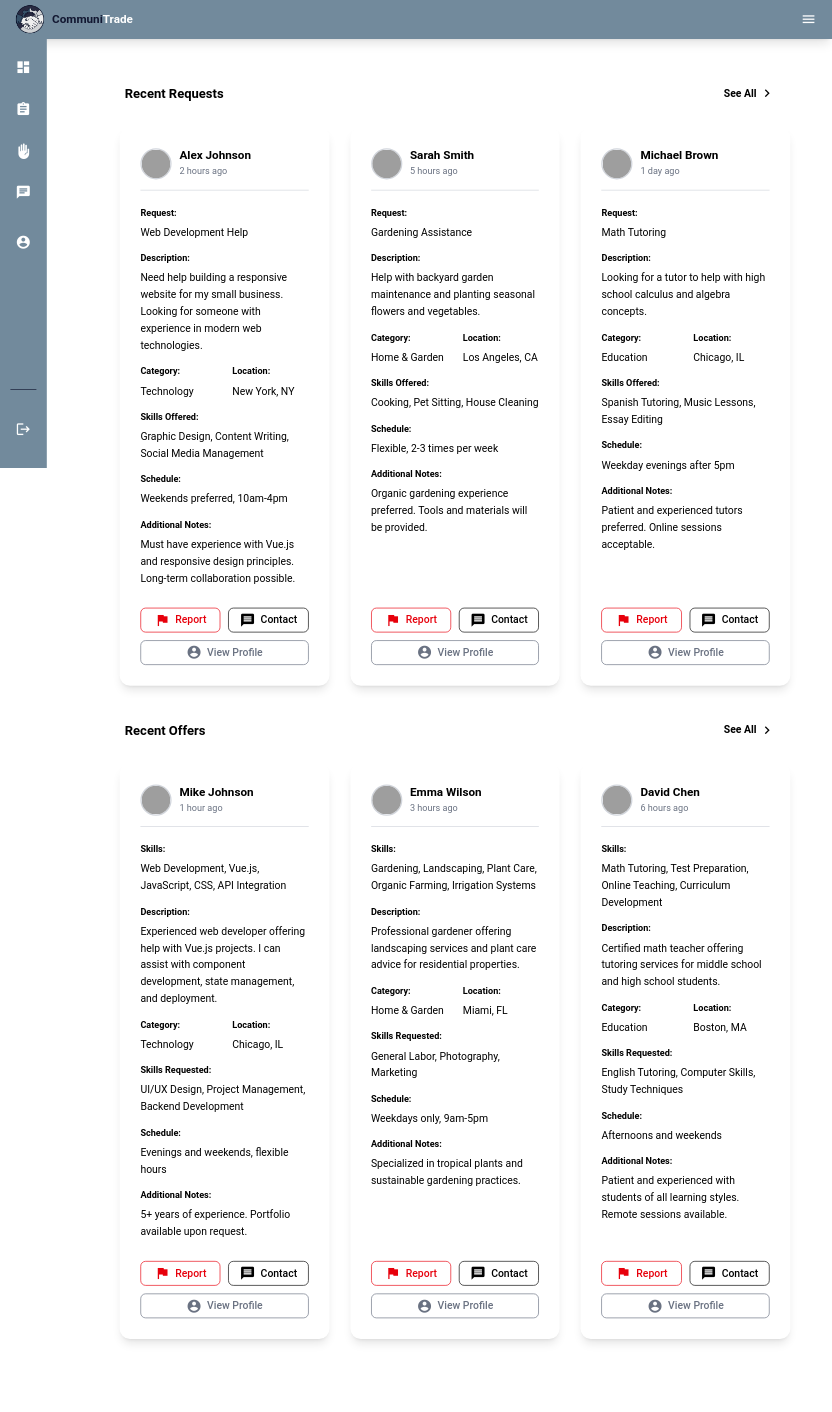
Repository: wholaanmo/communitrade_app
Page: /user/dashboard
The author's editor kept a copy of each file at every save. The page is drawn from the files as they stood at one save, then again after the next save.
The browser window is 1280 px wide. The pictures show the whole page, at 65% of full size.
Pictures or frames that could not be fetched are drawn as grey boxes. The project was rebuilt for these pictures with package versions that can differ from the ones it lists, and the page was loaded fresh each time. Some packages were replaced by stand-ins written for this rebuild. The framework's server and built-in components were replaced by stand-ins that run in the browser. Also part of the build but not shown: next.config.mjs.

Above is the page before, as saved 2025-10-29 18:57:47.

### app/layout.js
import './globals.css';

export const metadata = {
  title: 'CommuniTrade - Community-Based Trading',
  description: 'Your platform for community-based trading and sharing of skills and services without using money.',
}

export default function RootLayout({ children }) {
  return (
    <html lang="en">
      <head>
        <link href="https://fonts.googleapis.com/css2?family=Poppins:wght@300;400;500;600;700&display=swap" rel="stylesheet" />
        <link href="https://cdnjs.cloudflare.com/ajax/libs/font-awesome/6.0.0/css/all.min.css" rel="stylesheet" />
        <link href="https://fonts.googleapis.com/icon?family=Material+Icons" rel="stylesheet" />

      </head>
      <body>{children}</body>
    </html>
  )
}

### app/user/layout.js
'use client'

import { useState } from 'react'
import UserNavbar from '@/components/user/UserNavbar'
import UserSidebar from '@/components/user/UserSidebar'

export default function UserLayout({ children }) {
  const [sidebarOpen, setSidebarOpen] = useState(false)

  const toggleSidebar = () => {
    setSidebarOpen(!sidebarOpen)
  }

  return (
    <div className="user-layout min-h-screen">
      <UserNavbar toggleSidebar={toggleSidebar} />
      <div className="layout-body flex min-h-[calc(100vh-60px)] mt-[60px]">
        <UserSidebar isOpen={sidebarOpen} onToggle={setSidebarOpen} />
        <main className={`user-content flex-1 transition-all duration-500 ease-out p-8 ${
          sidebarOpen ? 'ml-[var(--sidebar-width)]' : 'ml-[calc(3.5rem+32px)]'
        }`}>
          {children}
        </main>
      </div>

      <style jsx global>{`
        :root {
          --sidebar-width: 220px; /* reduced from 280px */
        }
      `}</style>

      <style jsx>{`
        @media (max-width: 768px) {
          .user-content {
            margin-left: 0 !important;
            padding: 1rem;
          }
        }
      `}</style>
    </div>
  )
}

### app/globals.css
@import "tailwindcss";


:root {
  --primary: #121731;
  --grey: #728a9c;
  --light: #ffffff;
  --dark-alt: #555555;
}

* {
  scrollbar-width: thin;
  scrollbar-color: #728a9c #f0f0f0;
  font-family: "Roboto", sans-serif;
}

### components/user/UserNavbar.js
'use client'

export default function Navbar({ toggleSidebar }) {
  return (
    <nav className="navbar fixed top-0 left-0 right-0 h-15 bg-[#728a9c] text-white z-50 shadow-lg">
      <div className="navbar-content flex items-center justify-between h-full px-4">
        <div className="navbar-left flex items-center">
          <div className="logo-container flex items-center gap-2">
            <img
              src="../assets/CommuniTrade.png"
              alt="CommuniTrade Logo"
              className="logo-img w-13 h-13 object-contain ml-1"
            />
            <p className="logo-text font-bold text-lg text-[#121731]">
              Communi
              <span className="logo-text1 font-bold text-lg text-white">Trade</span>
            </p>
          </div>
        </div>

        <div className="navbar-right flex items-center">
          <button
            className="hamburger-btn flex items-center justify-center w-10 h-10 rounded-full transition-all duration-300 ease-in-out text-white"
            onClick={toggleSidebar}
          >
            <span className="material-icons">menu</span>
          </button>
        </div>
      </div>

      {/* Replaced style jsx → style, no design changes */}
      <style>
        {`
          .hamburger-btn:hover {
            color: #121731;
            transform: rotate(180deg);
          }

          @media (max-width: 480px) {
            .logo-text {
              font-size: 1rem;
            }

            .logo-img {
              width: 35px;
              height: 35px;
            }
          }

          @media (max-width: 360px) {
            .logo-text {
              font-size: 0.9rem;
            }
          }
        `}
      </style>
    </nav>
  )
}

### components/user/UserSidebar.jsx
'use client'

import { useState, useEffect } from 'react'
import Link from 'next/link'
import { useRouter } from 'next/navigation'

export default function Sidebar({ isOpen, onToggle }) {
  const [is_expanded, setIsExpanded] = useState(false)
  const router = useRouter()

  useEffect(() => {
    setIsExpanded(isOpen)
  }, [isOpen])

  const handleSignOut = () => {
    console.log('Sign out clicked')
  }

  return (
    <aside className={`
      flex flex-col items-center font-['Inter']
      min-h-[calc(100vh-60px)] overflow-hidden p-4
      bg-[#728a9c] text-[#121731] transition-all duration-500 ease-out
      fixed left-0 top-[60px] z-50
      ${is_expanded ? 'w-[230px] items-start' : 'w-[calc(2.5rem+32px)] items-center'}
    `}>
      {/* Menu Items */}
      <div className={`
        menu w-full m-0 flex flex-col flex-1
        ${is_expanded ? 'items-stretch' : 'items-center'}
      `}>
        <Link href="/user/dashboard" className={`
          group button flex items-center no-underline p-4
          transition-all duration-200 ease-out rounded-lg mb-2
          hover:bg-white
          ${is_expanded ? 'justify-start' : 'justify-center w-full'}
        `}>
          <span className="material-icons text-2xl text-white transition-all duration-200 ease-out min-w-8 text-center group-hover:text-[#728a9c]">dashboard</span>
          <span className={`
            text-white transition-all duration-200 ease-out
            group-hover:text-[#728a9c]
            ${is_expanded ? 'opacity-100 w-auto pl-4' : 'opacity-0 w-0 overflow-hidden'}
          `}>Dashboard</span>
        </Link>

        <Link href="/user/request" className={`
          group button flex items-center no-underline p-4
          transition-all duration-200 ease-out rounded-lg mb-2
          hover:bg-white
          ${is_expanded ? 'justify-start' : 'justify-center w-full'}
        `}>
          <span className="material-icons text-2xl text-white transition-all duration-200 ease-out min-w-8 text-center group-hover:text-[#728a9c]">assignment</span>
          <span className={`
            text-white transition-all duration-200 ease-out
            group-hover:text-[#728a9c]
            ${is_expanded ? 'opacity-100 w-auto pl-4' : 'opacity-0 w-0 overflow-hidden'}
          `}>Requests</span>
        </Link>

        <Link href="/user/offer" className={`
          group button flex items-center no-underline p-4
          transition-all duration-200 ease-out rounded-lg mb-2
          hover:bg-white
          ${is_expanded ? 'justify-start' : 'justify-center w-full'}
        `}>
          <span className="material-icons text-2xl text-white transition-all duration-200 ease-out min-w-8 text-center group-hover:text-[#728a9c]">front_hand</span>
          <span className={`
            text-white transition-all duration-200 ease-out
            group-hover:text-[#728a9c]
            ${is_expanded ? 'opacity-100 w-auto pl-4' : 'opacity-0 w-0 overflow-hidden'}
          `}>Offers</span>
        </Link>

        <Link href="/user/message" className={`
          group button flex items-center no-underline p-4
          transition-all duration-200 ease-out rounded-lg mb-2
          hover:bg-white
          ${is_expanded ? 'justify-start' : 'justify-center w-full'}
        `}>
          <span className="material-icons text-2xl text-white transition-all duration-200 ease-out min-w-8 text-center group-hover:text-[#728a9c]">chat</span>
          <span className={`
            text-white transition-all duration-200 ease-out
            group-hover:text-[#728a9c]
            ${is_expanded ? 'opacity-100 w-auto pl-4' : 'opacity-0 w-0 overflow-hidden'}
          `}>Messages</span>
        </Link>

        <Link href="/user/account" className={`
          group button flex items-center no-underline p-4
          transition-all duration-200 ease-out rounded-lg mb-2
          hover:bg-white
          ${is_expanded ? 'justify-start' : 'justify-center w-full'}
        `}>
          <span className="material-icons text-2xl text-white transition-all duration-200 ease-out min-w-8 text-center group-hover:text-[#728a9c]">account_circle</span>
          <span className={`
            text-white transition-all duration-200 ease-out
            group-hover:text-[#728a9c]
            ${is_expanded ? 'opacity-100 w-auto pl-4' : 'opacity-0 w-0 overflow-hidden'}
          `}>My Account</span>
        </Link>
      </div>

      {/* Sign Out Button */}
      <div className="menu-bottom flex justify-center w-full mt-auto pt-4 border-t border-[#121731]">
        <button onClick={handleSignOut} className={`
          group sign-out flex items-center no-underline p-4
          transition-all duration-200 ease-out rounded-lg
          hover:bg-white bg-none border-none cursor-pointer
          ${is_expanded ? 'justify-start w-full' : 'justify-center w-full'}
        `}>
          <span className="material-icons text-2xl text-white transition-all duration-200 ease-out min-w-8 text-center group-hover:text-[#728a9c]">logout</span>
          <span className={`
            text-white transition-all duration-200 ease-out text-lg
            group-hover:text-[#728a9c]
            ${is_expanded ? 'opacity-100 w-auto pl-4' : 'opacity-0 w-0 overflow-hidden'}
          `}>Sign Out</span>
        </button>
      </div>
    </aside>
  )
}

Loaded but not shown: app/user/dashboard/page.js (787 lines, source omitted)

After the next save:
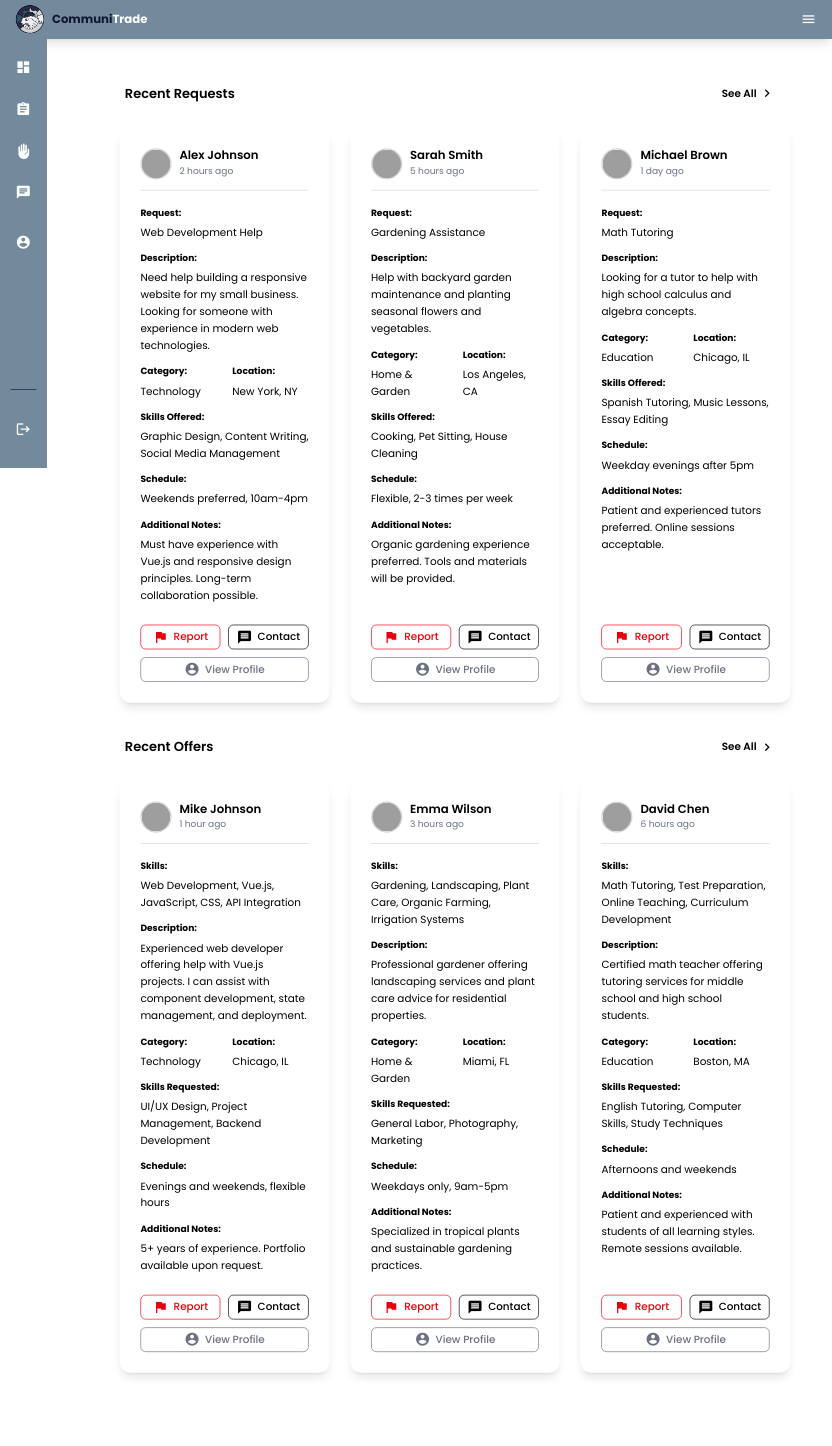
Saved 40 s later.
--- a/app/globals.css
+++ b/app/globals.css
@@ -11,5 +11,5 @@
 * {
   scrollbar-width: thin;
   scrollbar-color: #728a9c #f0f0f0;
-  font-family: "Roboto", sans-serif;
+  font-family: 'Poppins', sans-serif;
 }

After the 2 saves that followed:
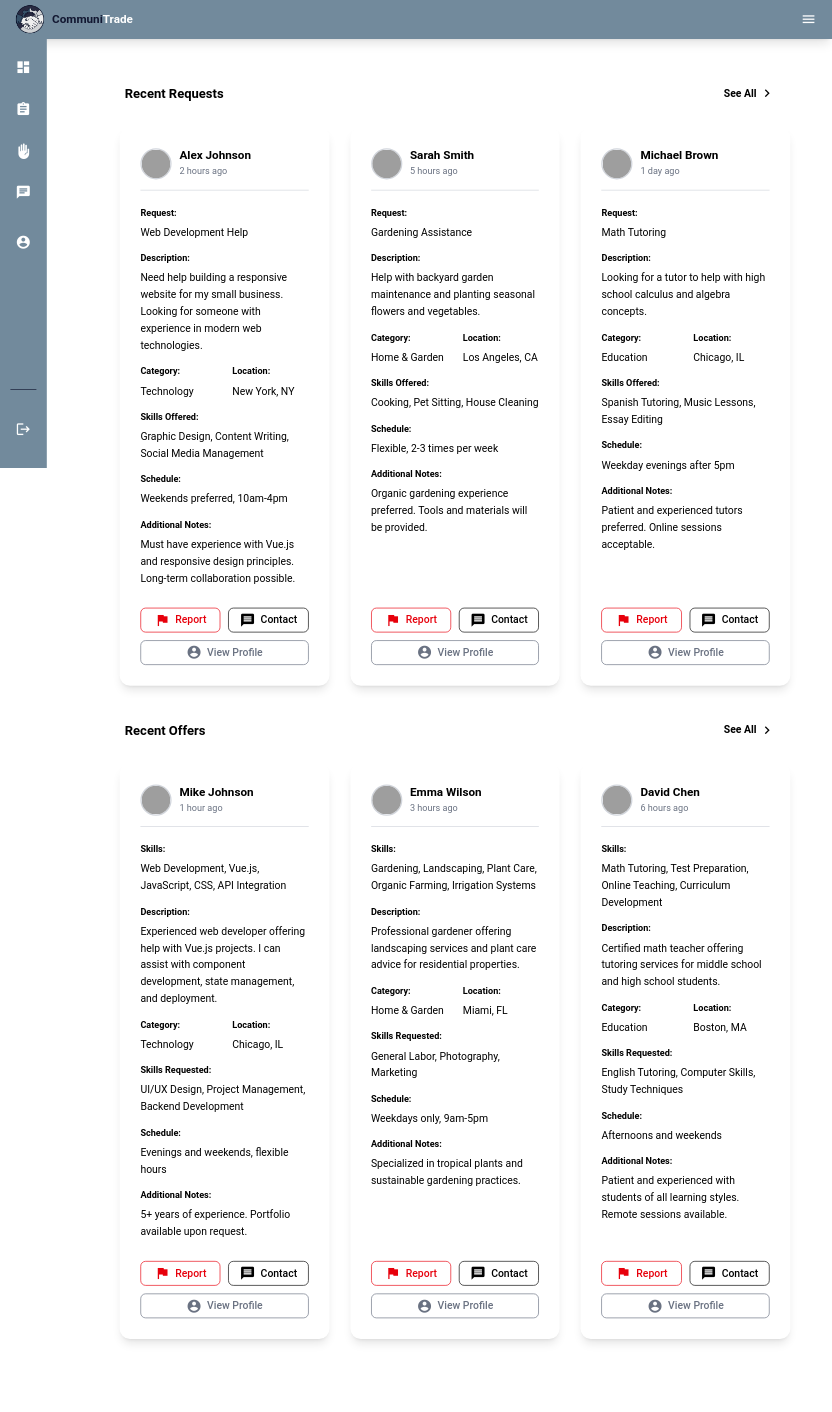
The 2 saves are shown as one change because they came seconds apart.
The last was saved 26 s later.
--- a/app/globals.css
+++ b/app/globals.css
@@ -11,5 +11,5 @@
 * {
   scrollbar-width: thin;
   scrollbar-color: #728a9c #f0f0f0;
-  font-family: 'Poppins', sans-serif;
+  font-family: "Roboto", sans-serif;
 }
